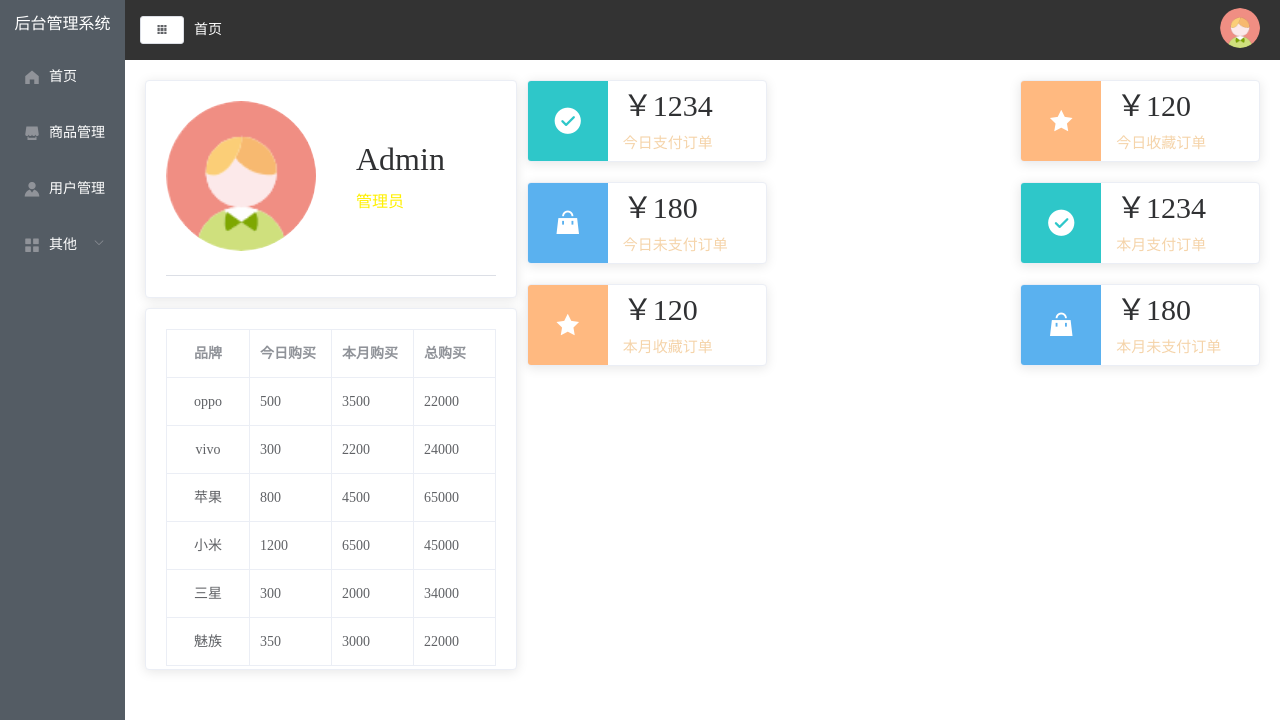
Repository: tkqi/manage
Page: /
The author's editor kept a copy of each file at every save. The page is drawn from the files as they stood at one save, then again after the next save.
The browser window is 1280 px wide. The pictures show the whole page.
The project was rebuilt for these pictures with package versions that can differ from the ones it lists, and the page was loaded fresh each time. Also part of the build but not shown: vue.config.js.

Above is the page before, as saved 2023-12-06 18:44:10.

### src/main.js
import Vue from 'vue'
import App from './App.vue'
import router from './router'
import store from './store'
import ElementUI from 'element-ui';
import 'element-ui/lib/theme-chalk/index.css';
import '@/api/mock'

Vue.config.productionTip = false
Vue.use(ElementUI);

new Vue({
  router,
  store,
  render: h => h(App)
}).$mount('#app')

### src/App.vue
<template>
  <div id="app">
    <!-- 路由出口 -->
    <router-view />
  </div>
</template>

<script>
export default {
  name: 'App'
}
</script>

<style lang="less">
html,
body,
h3,
p {
  margin: 0;
  padding: 0;
}
</style>

### src/router/index.js
/* eslint-disable no-unused-vars */
import Vue from 'vue'
import VueRouter from 'vue-router'
import routes from './routes'
Vue.use(VueRouter)


const router = new VueRouter({
  routes: routes
})

router.afterEach((to, from)=>{
  document.title = to.meta.title;
})

// 暴露router实例
export default router

### src/store/index.js
import Vue from 'vue'
import Vuex from 'vuex'
import tab from './tab.js'

Vue.use(Vuex)

const store = new Vuex.Store({
  state: {

  },
  getters: {
  },
  mutations: {
  },
  actions: {
  },
  modules: {
    tab
  }
})

export default store;

### src/api/mock.js
import mockjs from "mockjs";
import home from '@/api/MockServerData/home'


// 定义mock请求拦截
mockjs.mock('/api/home/getdata', 'get', home.getStatisticalData)

### src/router/routes.js
export default [
    // 主路由
    {
        path: '/',
        component: () => import('../views/Main.vue'),
        redirect: '/home',// 重定向
        // 子路由
        children: [
            {
                // 首页
                path: '/home',
                // 路由组件懒加载
                component: () => import('../views/Home.vue'),
                meta: { title: '首页' }
            },
            {
                // 用户管理
                path: '/user',
                component: () => import('../views/User.vue'),
                meta: { title: '用户管理' }
            },
            {
                // 商品管理
                path: '/mall',
                component: () => import('../views/Mall.vue'),
                meta: { title: '商品管理' }
            },
            {
                // 其他/页面1
                path: '/page1',
                component: () => import('../views/Page1.vue'),
                meta: { title: '页面1' }
            },
            {
                // 其他/页面2
                path: '/page2',
                component: () => import('../views/Page2.vue'),
                meta: { title: '页面2' }
            },
        ]
    },
    {
        path: '/home',
        // 路由组件懒加载
        component: () => import('../views/Home.vue')
    },
    {
        path: '/user',
        component: () => import('../views/User.vue')
    }
]

### src/store/tab.js
// 菜单相关数据
export default {
    state: {
        isCollapse: false
    },
    getters: {
        getisCollapse: (state) => state.isCollapse
    },
    mutations: {
        EDITIsCollapse(state){
            state.isCollapse = !state.isCollapse;
        }
    }
}

### src/api/MockServerData/home.js
// mock数据模拟
import Mock from 'mockjs'

// 图表数据
let List = []
export default {
  getStatisticalData: () => {
    //Mock.Random.float 产生随机数100到8000之间 保留小数 最小0位 最大0位
    for (let i = 0; i < 7; i++) {
      List.push(
        Mock.mock({
          苹果: Mock.Random.float(100, 8000, 0, 0),
          vivo: Mock.Random.float(100, 8000, 0, 0),
          oppo: Mock.Random.float(100, 8000, 0, 0),
          魅族: Mock.Random.float(100, 8000, 0, 0),
          三星: Mock.Random.float(100, 8000, 0, 0),
          小米: Mock.Random.float(100, 8000, 0, 0)
        })
      )
    }
    return {
      code: 20000,
      data: {
        // 饼图
        videoData: [
          {
            name: '小米',
            value: 2999
          },
          {
            name: '苹果',
            value: 5999
          },
          {
            name: 'vivo',
            value: 1500
          },
          {
            name: 'oppo',
            value: 1999
          },
          {
            name: '魅族',
            value: 2200
          },
          {
            name: '三星',
            value: 4500
          }
        ],
        // 柱状图
        userData: [
          {
            date: '周一',
            new: 5,
            active: 200
          },
          {
            date: '周二',
            new: 10,
            active: 500
          },
          {
            date: '周三',
            new: 12,
            active: 550
          },
          {
            date: '周四',
            new: 60,
            active: 800
          },
          {
            date: '周五',
            new: 65,
            active: 550
          },
          {
            date: '周六',
            new: 53,
            active: 770
          },
          {
            date: '周日',
            new: 33,
            active: 170
          }
        ],
        // 折线图
        orderData: {
          date: ['20191001', '20191002', '20191003', '20191004', '20191005', '20191006', '20191007'],
          data: List
        },
        tableData: [
          {
            name: 'oppo',
            todayBuy: 500,
            monthBuy: 3500,
            totalBuy: 22000
          },
          {
            name: 'vivo',
            todayBuy: 300,
            monthBuy: 2200,
            totalBuy: 24000
          },
          {
            name: '苹果',
            todayBuy: 800,
            monthBuy: 4500,
            totalBuy: 65000
          },
          {
            name: '小米',
            todayBuy: 1200,
            monthBuy: 6500,
            totalBuy: 45000
          },
          {
            name: '三星',
            todayBuy: 300,
            monthBuy: 2000,
            totalBuy: 34000
          },
          {
            name: '魅族',
            todayBuy: 350,
            monthBuy: 3000,
            totalBuy: 22000
          }
        ]
      }
    }
  }
}

### src/views/Main.vue
<!-- eslint-disable vue/multi-word-component-names -->
<template>
    <div>
        <el-container>
            <el-aside width="auto">
                <sidebar />
            </el-aside>
            <el-container>
                <el-header>
                    <topbar />
                </el-header>
                <el-main>
                    <transition>
                        <keep-alive>
                            <router-view />
                        </keep-alive>
                    </transition>
                </el-main>
            </el-container>
        </el-container>
    </div>
</template>

<script>
import sidebar from '../components/sidebar.vue'
import topbar from '../components/topbar.vue';
export default {
    components: {
        sidebar,
        topbar
    }
}
</script>

<style lang="less" scoped>
.el-header {
    padding: 0;
    margin: 0;
}
</style>

### src/views/Home.vue
<!-- eslint-disable vue/multi-word-component-names -->
<template>
    <el-row>
        <el-col :span="8">
            <div>
                <el-card class="box-card">
                    <div class="user">
                        <img class="img" src="../assets/img/user-default.png" alt="">
                        <div class="user-info">
                            <P class="name">Admin</P>
                            <p class="access">管理员</p>
                        </div>
                    </div>
                    <el-divider></el-divider>
                    <div class="login-info">
                        <p>上次登录时间: <span>2023-12-03</span></p>
                        <p>上次登录地点: <span>绍兴</span></p>
                    </div>
                </el-card>
                <el-card class="table">
                    <el-table :data="tableData" border style="width: 100%">
                        <el-table-column prop="name" label="品牌" :min-width="30" width="auto" align="center">
                        </el-table-column>
                        <el-table-column prop="todayBuy" label="今日购买" :min-width="30" width="auto">
                        </el-table-column>
                        <el-table-column prop="monthBuy" label="本月购买" :min-width="30" width="auto">
                        </el-table-column>
                        <el-table-column prop="totalBuy" label="总购买" :min-width="30" width="auto">
                        </el-table-column>
                    </el-table>
                </el-card>
            </div>
        </el-col>
        <el-col :span="16" class="right-col">
            <div class="buy">
                <el-card v-for="(item, index) in countData" :key="index" :body-style="{ display: 'flex', padding: 0 }">
                    <i class="icon" :class="`el-icon-${item.icon}`" :style="{ background: item.color }"></i>
                    <div class="buy-content">
                        <p class="value">{{ '￥' + item.value }}</p>
                        <p class="label">{{ item.label }}</p>
                    </div>
                </el-card>
            </div>
        </el-col>
    </el-row>
</template>

<script>

import { getData } from '@/api/index';
export default {
    data() {
        return {
            tableData: [],
            countData: [
                {
                    label: '今日支付订单',
                    value: 1234,
                    color: '#2ec7c9',
                    icon: 'success'
                },
                {
                    label: '今日收藏订单',
                    value: 120,
                    color: '#ffb980',
                    icon: 'star-on'
                },
                {
                    label: '今日未支付订单',
                    value: 180,
                    color: '#5ab1ef',
                    icon: 's-goods'
                },
                {
                    label: '本月支付订单',
                    value: 1234,
                    color: '#2ec7c9',
                    icon: 'success'
                },
                {
                    label: '本月收藏订单',
                    value: 120,
                    color: '#ffb980',
                    icon: 'star-on'
                },
                {
                    label: '本月未支付订单',
                    value: 180,
                    color: '#5ab1ef',
                    icon: 's-goods'
                }
            ]
        }
    },
    mounted() {
        getData().then(res => {
            console.log(res);
            const data1 = res.data.data;
            this.tableData = data1.tableData;
            console.log(data1);
        })
    }
}
</script>
<style lang="less" scoped>
.box-card {
    height: 30vh;

    .user {
        display: flex;
        align-items: center;
        padding-right: 0px;

        .user-info {
            .name {
                font-size: 32px;
                margin-bottom: 10px;
            }

            .access {
                color: #fff000;
            }
        }

        img {
            height: 150px;
            width: 150px;
            border-radius: 50%;
            margin-right: 40px;
        }
    }
}

.login-info {
    line-height: 25px;

    p {
        font-size: 12px;

        span {
            font-size: 12px;
            margin-left: 50px;
        }
    }
}

.table {
    margin-top: 10px;
    height: 50vh;

    el-table {
        height: 100%;
    }
}

.buy {
    display: flex;
    flex-wrap: wrap;
    justify-content: space-between;

    .icon {
        width: 80px;
        height: 80px;
        font-size: 30px;
        color: #fff;
        text-align: center;
        line-height: 80px;
    }

    .buy-content {
        display: flex;
        flex-direction: column;
        justify-content: center;
        margin-left: 15px;

        .value {
            font-size: 30px;
            line-height: 30px;
            margin-bottom: 10px;
            height: 30px;
        }

        .label {
            font-size: 15px;
            text-align: center;
            color: rgb(245, 212, 170);
        }
    }

    .el-card {
        width: 32%;
        margin-bottom: 20px;
        margin-left: 10px;
    }
}
</style>

### src/components/sidebar.vue
<!-- eslint-disable vue/multi-word-component-names -->
<template>
    <el-menu class="menu" @open="handleOpen" @close="handleClose" :collapse="isCollapse" background-color="#545c64"
        text-color="#fff" active-text-color="#ffd04b">
        <h3>{{ !isCollapse?'后台管理系统':'后台' }}</h3>
        <el-menu-item v-for="item in noChildren" :key="item.name" :index="item.name" @click="clickMenu(item)">
            <i :class="`el-icon-${item.icon}`"></i>
            <span slot="title">{{ item.label }}</span>
        </el-menu-item>
        <el-submenu v-for="item in hasChildren" :key="item.label" :index="item.label">
            <template slot="title">
                <i :class="`el-icon-${item.icon}`"></i>
                <span slot="title">{{ item.label }}</span>
            </template>
            <el-menu-item-group v-for="subitem in item.children" :key="subitem.name">
                <el-menu-item :index="subitem.name" @click="clickSubmenu(subitem)">
                    <!-- <template slot="title"> -->
                    <i :class="`el-icon-${subitem.icon}`"></i>
                    <span slot="title">{{ subitem.name }}</span>
                    <!-- </template> -->
                </el-menu-item>
            </el-menu-item-group>
        </el-submenu>
    </el-menu>
</template>

<script>
export default {
    computed: {
        // 无子菜单
        noChildren() {
            return this.menuData.filter(o => !o.children);
        },
        // 有子菜单
        hasChildren() {
            return this.menuData.filter(o => o.children);
        },
        isCollapse() {
           return this.$store.state.tab.isCollapse;
        }
    },
    data() {
        return {
            // 使用store实时改变属性需要定义到computed
            // isCollapse: this.$store.getters('getisCollapse'),
            menuData: [
                {
                    path: '/',
                    name: 'home',
                    label: "首页",
                    icon: 's-home',
                    url: 'Home/Home'
                },
                {
                    path: '/mall',
                    name: 'mall',
                    label: "商品管理",
                    icon: 's-shop',
                    url: 'MallManage/MallManage'
                },
                {
                    path: '/user',
                    name: 'user',
                    label: "用户管理",
                    icon: 's-custom',
                    url: 'UserManage/UserManage'
                },
                {
                    label: '其他',
                    icon: 'menu',
                    children: [
                        {
                            path: '/page1',
                            name: 'page1',
                            label: "页面1",
                            icon: 's-claim',
                            url: 'Other/PageOne'
                        },
                        {
                            path: '/page2',
                            name: 'page2',
                            label: "页面2",
                            icon: 's-claim',
                            url: 'Other/PageTwo'
                        },
                    ]
                }
            ]
        };
    },
    methods: {
        handleOpen(key, keyPath) {
            console.log(key, keyPath);
        },
        handleClose(key, keyPath) {
            console.log(key, keyPath);
        },
        clickMenu(item) {
            console.log(this.$router.currentRoute.path);
            // 判断当前路由于点击链接的路由不一致才跳转
            if (item.path != this.$route.path && !(this.$route.path == '/home' && item.path == '/'))
                this.$router.push(item.path);
        },
        clickSubmenu(subitem) {
            // 判断当前路由于点击链接的路由不一致才跳转
            if (subitem.path != this.$route.path)
                this.$router.push(subitem.path);
        }
    }
}
</script>

<style lang="less" scoped>
.el-menu-vertical-demo:not(.el-menu--collapse) {
    width: 200px;
    min-height: 400px;
}

.menu {
    height: 100vh;
    border-right:0;
    h3 {
        color: rgb(255, 255, 255);
        text-align: center;
        line-height: 48px;
        font-size: 16px;
        font-weight: 400;
    }
}
</style>

### src/components/topbar.vue
<!-- eslint-disable vue/multi-word-component-names -->
<template>
    <div class="head-container">
        <div class="l-content">
            <el-button icon="el-icon-s-grid" size="mini" @click="changeCollapse()"/>
            <!-- 面包屑 -->
            <span class="text">首页</span>
        </div>
        <div class="r-content">
            <el-dropdown>
                <span class="el-dropdown-link">
                    <img class="img" src="../assets/img/user-default.png" alt="">
                </span>
                <el-dropdown-menu slot="dropdown">
                    <el-dropdown-item>个人中心</el-dropdown-item>
                    <el-dropdown-item>退出</el-dropdown-item>
                </el-dropdown-menu>
            </el-dropdown>
        </div>
    </div>
</template>

<script>
export default {
    data(){
        return{

        }
    },
    methods:{
        changeCollapse(){
            console.log(1);
            this.$store.commit('EDITIsCollapse');
        }
    }
}
</script>

<style lang="less" scoped>
.head-container {
    background-color: #333;
    height: 60px;
    display: flex;
    justify-content: space-between;
    align-items: center;
    padding-left: 15px;
    padding-right: 20px;
}

// .l-content {
//     padding-left: 15px;
// }

// .r-content {}

.text {
    color: white;
    font-size: 14px;
    padding-left: 10px;
}

.img{
    height: 40px;
    width: 40px;
    border-radius: 50%;
}
</style>

### src/api/index.js
import request from "@/utils/request";

// 请求首页数据接口
export function getData() {
    return request({
        url: '/home/getdata',
        method: 'get'
    })
}

### src/utils/request.js
import axios from 'axios'
// 简单的axios封装

// axios配置
const service = axios.create({
    // 通用请求地址，前缀
    baseURL: '/api',
    // 超时时间
    timeout: 10000,
})

// 添加请求拦截器
service.interceptors.request.use(function (config) {
    // 在发送请求之前做些什么
    return config;
}, function (error) {
    // 对请求错误做些什么
    return Promise.reject(error);
});

// 添加响应拦截器
service.interceptors.response.use(function (response) {
    // 2xx 范围内的状态码都会触发该函数。
    // 对响应数据做点什么
    return response;
}, function (error) {
    // 超出 2xx 范围的状态码都会触发该函数。
    // 对响应错误做点什么
    return Promise.reject(error);
});

export default service

Loaded but not shown: public/index.html (common file)

After the next save:
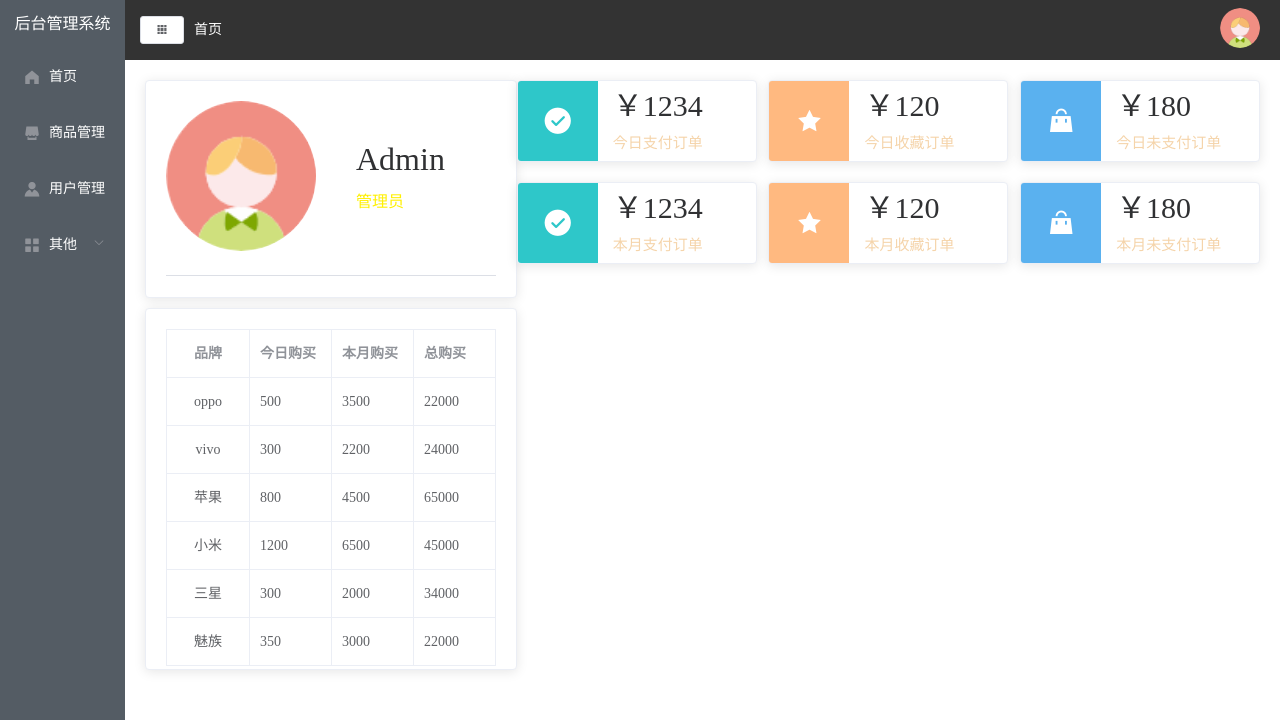
Saved 23 s later.
--- a/src/views/Home.vue
+++ b/src/views/Home.vue
@@ -190,7 +190,6 @@ export default {
     .el-card {
         width: 32%;
         margin-bottom: 20px;
-        margin-left: 10px;
     }
 }
 </style>
